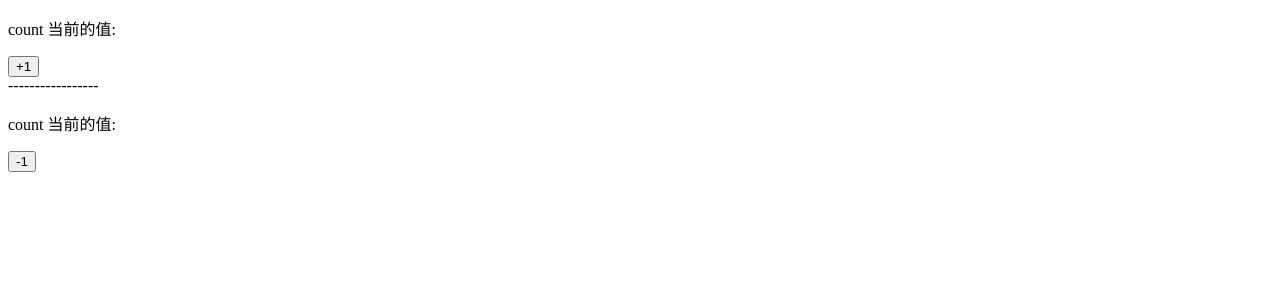
Repository: minika1020/miniprogram
Page: / (app in Desktop/vuex/vuex_demo/)
The author's editor kept a copy of each file at every save. The page is drawn from the files as they stood at one save, then again after the next save.
The browser window is 1280 px wide. The pictures show the whole page.
The project was rebuilt for these pictures with package versions that can differ from the ones it lists, and the page was loaded fresh each time.

Above is the page before, as saved 2021-03-18 11:37:38.

After the next save:
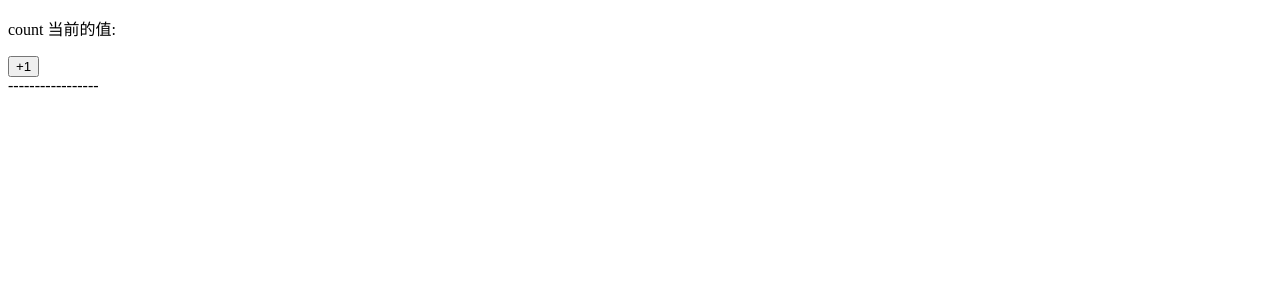
Saved 32 s later.
--- a/Desktop/vuex/vuex_demo/src/components/sub.vue
+++ b/Desktop/vuex/vuex_demo/src/components/sub.vue
@@ -1,6 +1,6 @@
 <template>
   <div>
-    <p> count 当前的值:</p>
+    <p> count 当前的值:{{$stroe.stro}}</p>
     <button>-1</button>
   </div>
 </template>
